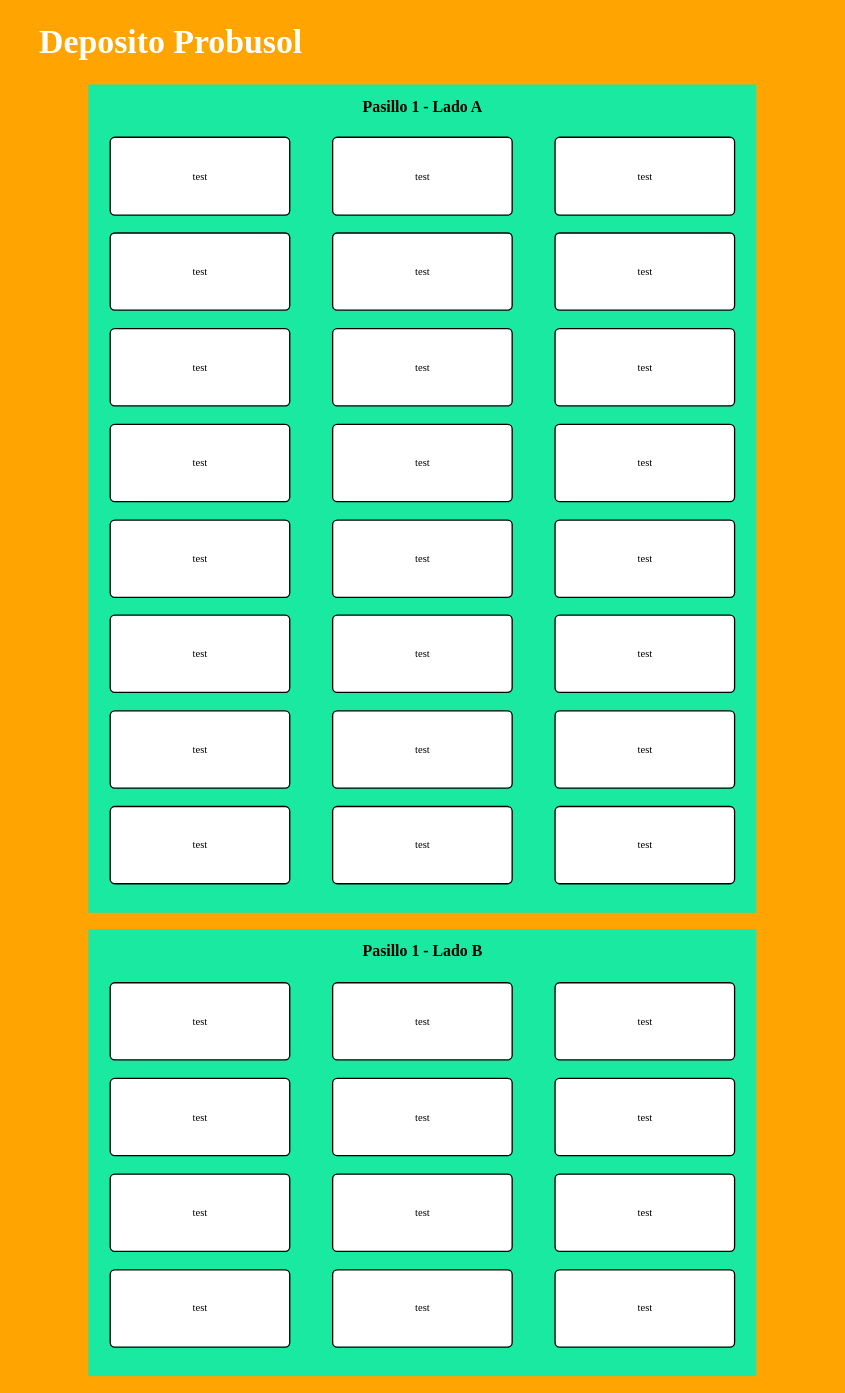
Repository: Franzcod/DepoStock_Web
Page: index.html
An editor plug-in stored every save of this project. The page is shown before and after the next save, followed by the edit.
The browser window is 1280 px wide. The pictures show the whole page, at 66% of full size.

Above is the page before, as saved 2020-06-07 03:12:00.
Console error: ReferenceError: ur is not defined

### index.html
<!DOCTYPE html>
<html lang="en">
<head>
    <meta charset="UTF-8">
    <meta name="viewport" content="width=device-width, initial-scale=1.0">
    <title>Deposito Probusol</title>

    <link rel="stylesheet" href="estilo/estilo.css">
</head>
<body>

    <div class="titulo">
        <h1>Deposito Probusol</h1>
    </div>


    <div class="app">
        <h2>Pasillo 1 - Lado A</h2>

        <ul class="hs">
            <li class="item">test</li>
            <li class="item">test</li>
            <li class="item">test</li>
            <li class="item">test</li>
            <li class="item">test</li>
            <li class="item">test</li>
            <li class="item">test</li>
            <li class="item">test</li>
            <li class="item">test</li>
            <li class="item">test</li>
            <li class="item">test</li>
            <li class="item">test</li>
            <li class="item">test</li>
            <li class="item">test</li>
            <li class="item">test</li>
            <li class="item">test</li>
            <li class="item">test</li>
            <li class="item">test</li>
            <li class="item">test</li>
            <li class="item">test</li>
            <li class="item">test</li>
            <li class="item">test</li>
            <li class="item">test</li>
            <li class="item">test</li>

        </ul>

        <!-- <div class="container">
            <div class="item">
            <h3>Block for context</h3>
            </div>
        </div> -->
    </div>

    <div class="app">
        <h2>Pasillo 1 - Lado B</h2>

        <ul class="hs">
            <li class="item">test</li>
            <li class="item">test</li>
            <li class="item">test</li>
            <li class="item">test</li>
            <li class="item">test</li>
            <li class="item">test</li>
            <li class="item">test</li>
            <li class="item">test</li>
            <li class="item">test</li>
            <li class="item">test</li>
            <li class="item">test</li>
            <li class="item">test</li>

        </ul>

        <!-- <div class="container">
            <div class="item">
            <h3>Block for context</h3>
            </div>
        </div> -->
    </div>






    <script>ur</script>

</body>







</html>

### estilo/estilo.css
html{
    background-color: rgba(255, 164, 0, 1);
}

.titulo{
    margin: 2vw 4vw;
    align-items: center;
    color: #fff;
    font-size: 2vw;
}


:root {
--gutter: 20px;
}

.app {
padding: var(--gutter) 0;
display: grid;
grid-gap: var(--gutter) 0;
/* grid-template-columns: var(--gutter) 1fr var(--gutter); */
align-content: start;
}


.hs {
    display: grid;
    grid-template-columns: repeat(3, 1fr);
    grid-template-rows: repeat(4, 1fr);


    overflow-x: scroll;
    /* scroll-snap-type: x proximity; */
    padding-bottom: calc(.75 * var(--gutter));
    margin-bottom: calc(-.25 * var(--gutter));

}

/* Demo styles */

ul {
    list-style: none;
    padding: 0;
    margin: 0;
}


h2,
h3 {
    margin: auto;
}

.app {
    width: 80%;
    height: 30%;
    background: rgb(26, 233, 161);
    overflow-y: scroll;
    margin: 2vw auto;

}

.hs > li,
.item {
    scroll-snap-align: center;
    /* padding: calc(var(--gutter) / 1 ); */
    display: flex;
    flex-direction: column;
    justify-content: center;
    align-items: center;
    background: #fff;
    border: 2px solid black;
    border-radius: 8px;
    height: 9vw;
    width: 80%;
    margin: 1vw auto;

}

After the next save:
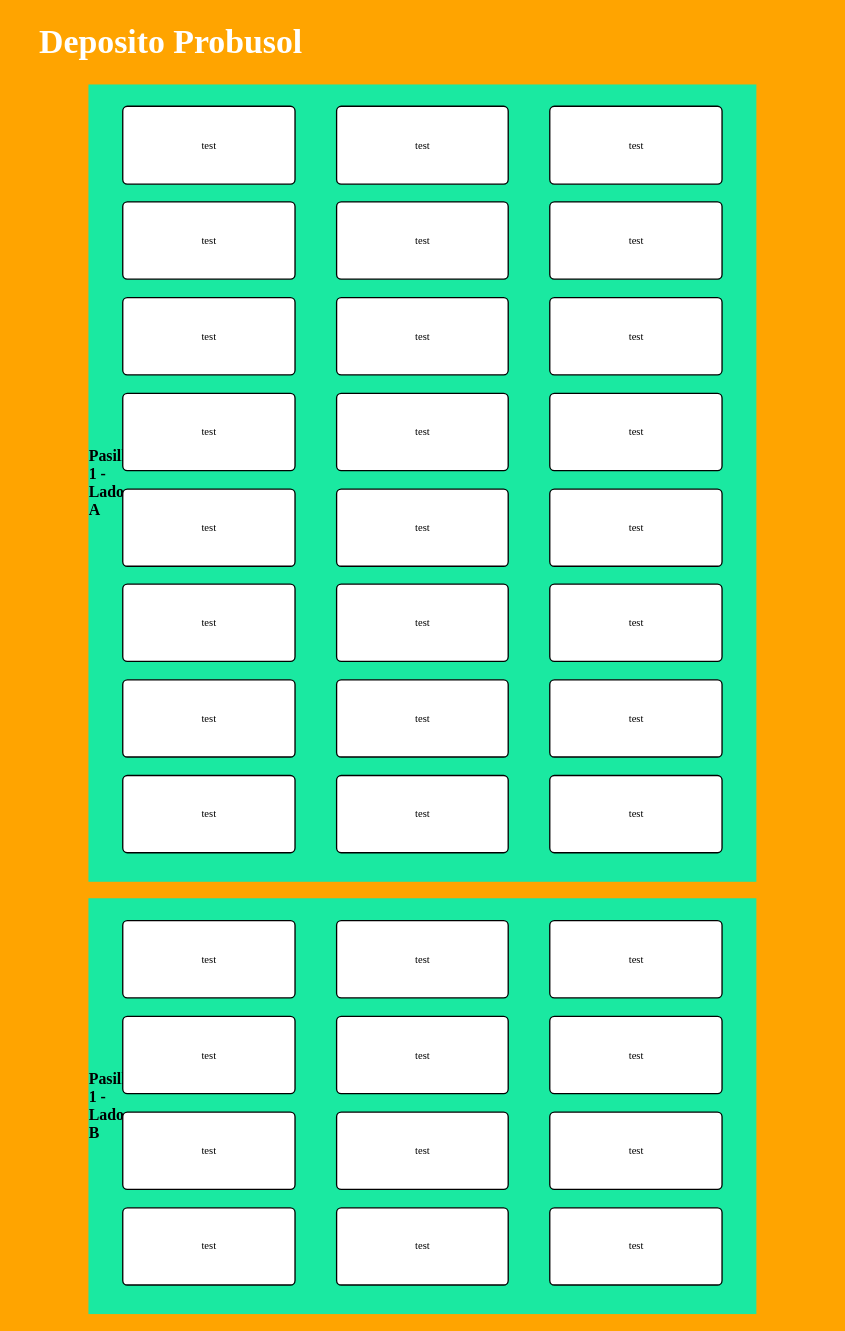
Saved 32 s later.
--- a/estilo/estilo.css
+++ b/estilo/estilo.css
@@ -18,7 +18,7 @@
 padding: var(--gutter) 0;
 display: grid;
 grid-gap: var(--gutter) 0;
-/* grid-template-columns: var(--gutter) 1fr var(--gutter); */
+grid-template-columns: var(--gutter) 1fr var(--gutter);
 align-content: start;
 }
 

After the save that followed:
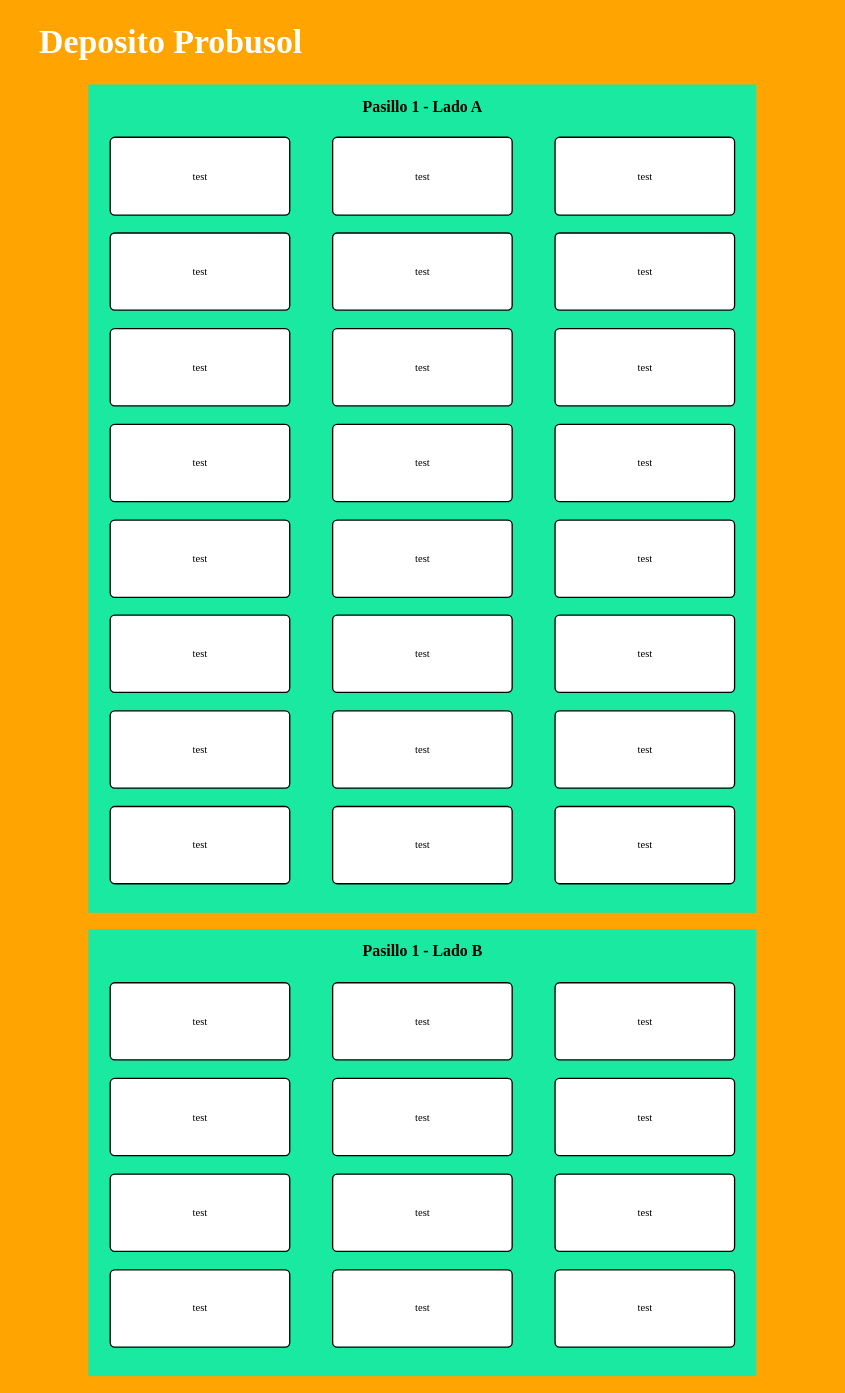
Saved 11 s later.
--- a/estilo/estilo.css
+++ b/estilo/estilo.css
@@ -18,7 +18,7 @@
 padding: var(--gutter) 0;
 display: grid;
 grid-gap: var(--gutter) 0;
-grid-template-columns: var(--gutter) 1fr var(--gutter);
+/* grid-template-columns: var(--gutter) 1fr var(--gutter);  */
 align-content: start;
 }
 
